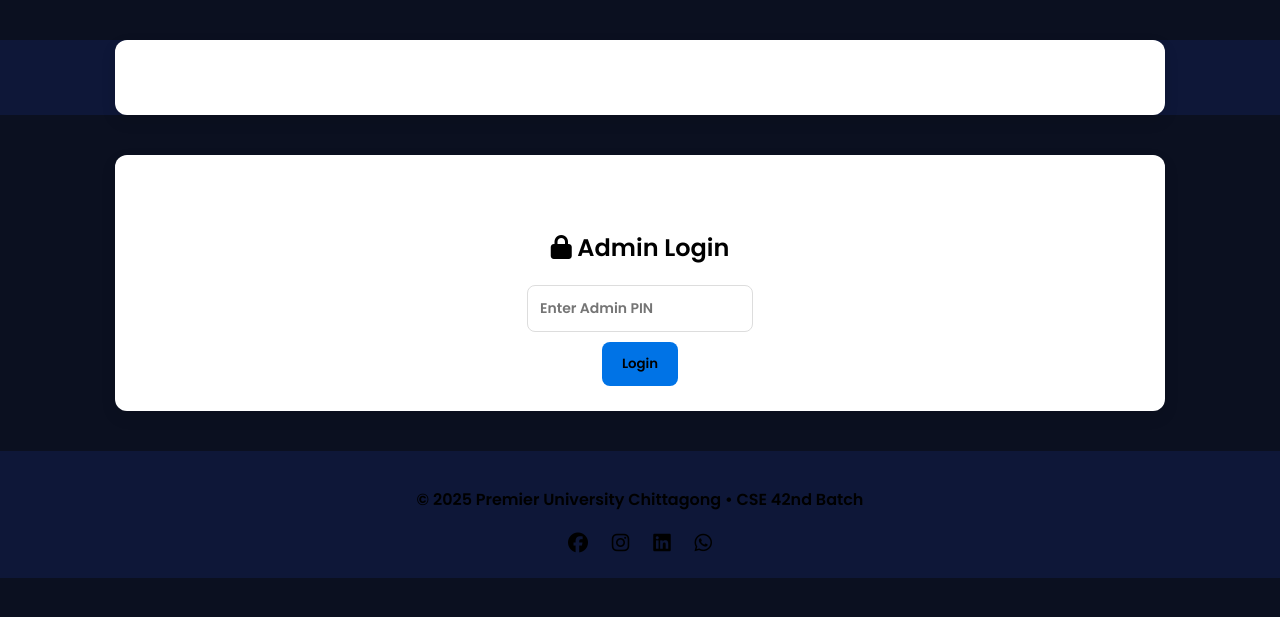
Repository: naimuddin1190/puc-class-management
Page: http://localhost/admin.php
These files come from the project's save history. The page is drawn as it stood at one moment and after a run of saves; the edit follows.
The browser window is 1280 px wide. The pictures show the whole page.
The page is run by PHP 8.4 with error messages shown; the project is at /var/www/html/.

Above is the page before, as saved 2025-09-04 00:45:23.

After the next 2 saves:
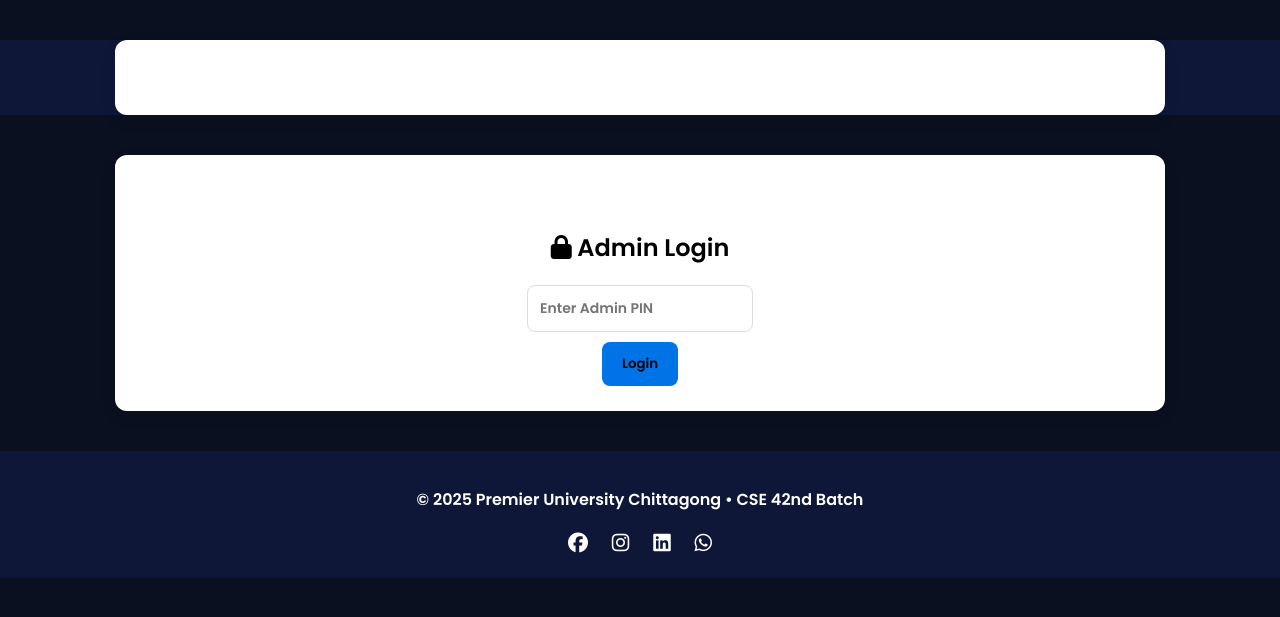
The 2 saves are shown as one change because they came seconds apart.
The last was saved 92 s later.
--- a/admin.php
+++ b/admin.php
@@ -48,7 +48,7 @@ if (isset($_SESSION['admin']) && $_SESSION['admin'] === true) {
   }
   .nav .menu a, .nav .brand { color: #fff !important; font-weight:600; }
   .nav .menu a:hover { color:#ffcc00 !important; }
-  .footer p, .footer .socials a { color:#000 !important; font-weight:600; }
+  .footer p, .footer .socials a { color:#fff !important; font-weight:600; }
   input, textarea { color:#000 !important; opacity:1; }
 
   .container {max-width:1000px; margin:40px auto; background:#fff; padding:25px; border-radius:12px; box-shadow:0 6px 15px rgba(0,0,0,0.1);}
